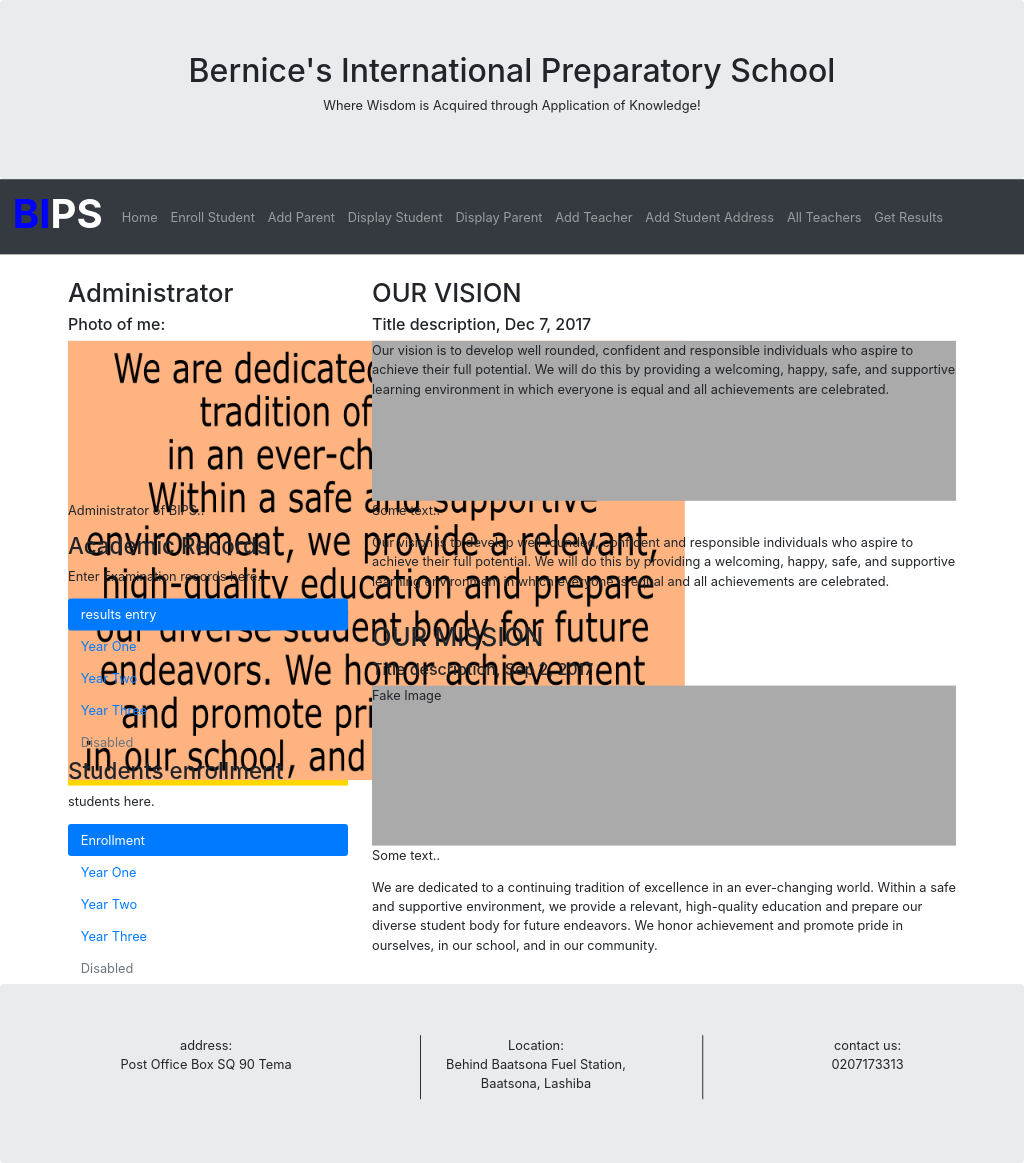
Repository: joseackah/eclipse-workspace
Page: http://localhost/com.school.mgt.system.Front.End/WEB-INF/views/adminPageExample.jsp
The author's editor kept a copy of each file at every save. The page is drawn from the files as they stood at one save, then again after the next save.
The browser window is 1280 px wide. The pictures show the whole page, at 80% of full size.
The page is served by Tomcat 9. Nobody is signed in. The template is opened directly, without the code that normally fills it, so the values that code supplies are empty.

Above is the page before, as saved 2021-08-12 21:16:10.

After the next save:
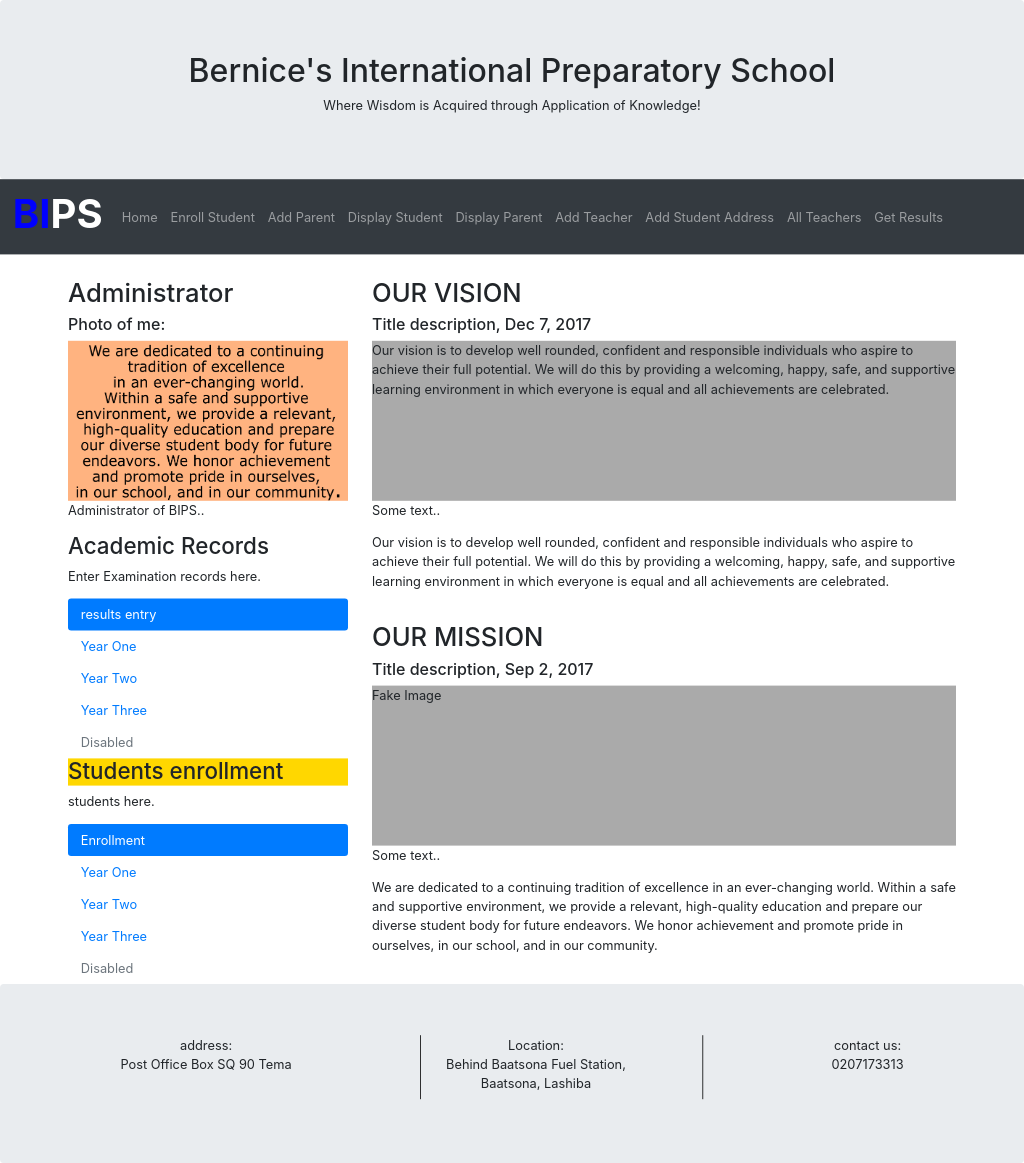
Saved 15 s later.
--- a/com.school.mgt.system.Front.End/src/main/webapp/WEB-INF/views/adminPageExample.jsp
+++ b/com.school.mgt.system.Front.End/src/main/webapp/WEB-INF/views/adminPageExample.jsp
@@ -67,7 +67,7 @@
     <div class="col-sm-4">
       <h2>Administrator</h2>
       <h5>Photo of me:</h5>
-      <div class="fakeimg"> <img alt="our mision" src="${pageContext.request.contextPath}/resources/png/mission.png" style="width:100; height:100;"/>  </div>
+      <div class="fakeimg"> <img alt="our mision" src="${pageContext.request.contextPath}/resources/png/mission.png" style="width:100%; height:100%;"/>  </div>
       <p>Administrator of BIPS..</p>
 
     <!--   academic record start here -->
